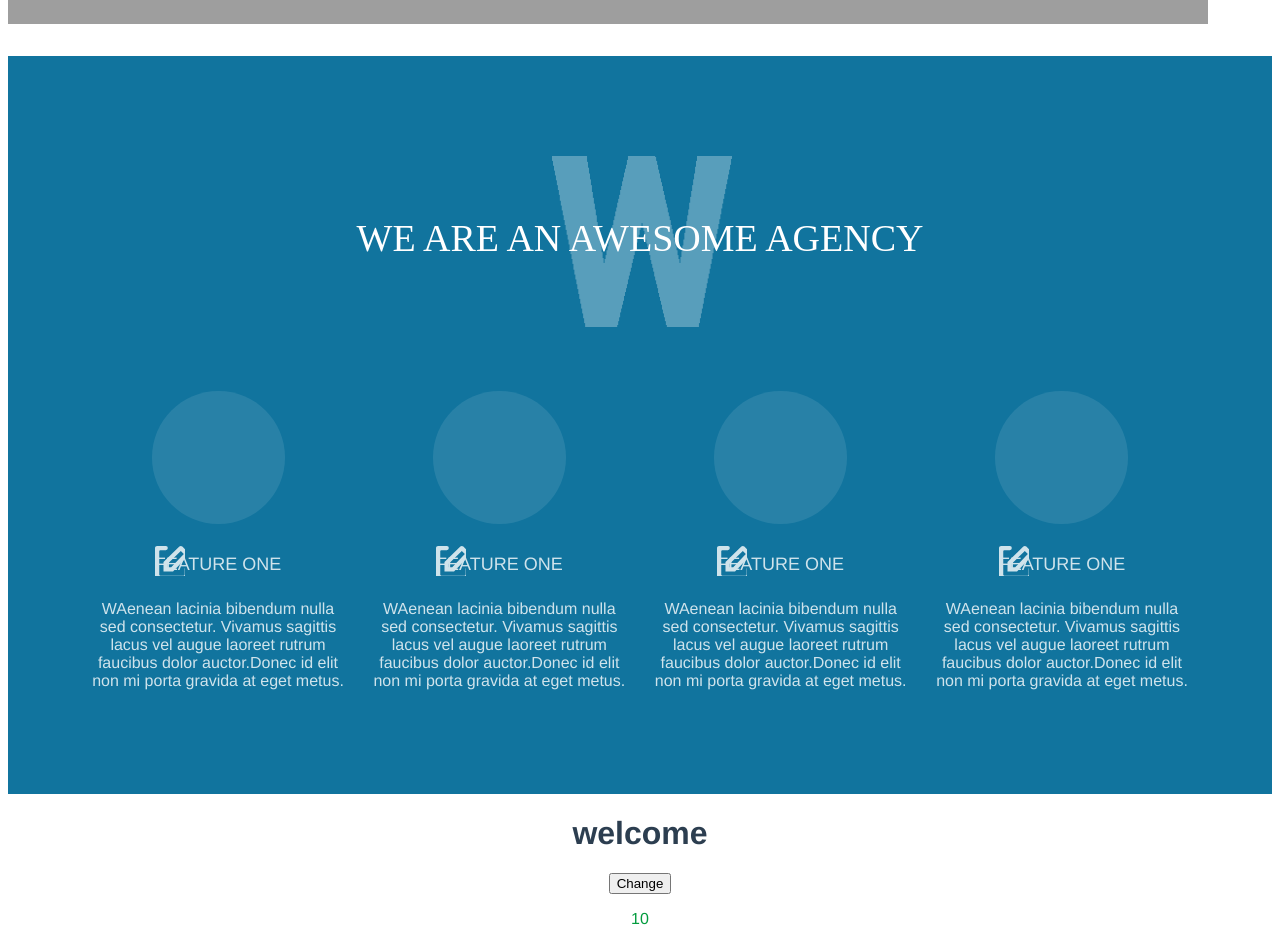
Repository: joker506/Creatives
Page: /
An editor plug-in stored every save of this project. The page is shown before and after the next save, followed by the edit.
The browser window is 1280 px wide. The pictures show the part of the page from y = 884 to 1836 px (the page is 1836 px tall).
Pictures or frames that could not be fetched are drawn as grey boxes. The project was rebuilt for these pictures with package versions that can differ from the ones it lists, and the page was loaded fresh each time.

Above is the page before, as saved 2020-04-01 19:31:43.

After the next save:
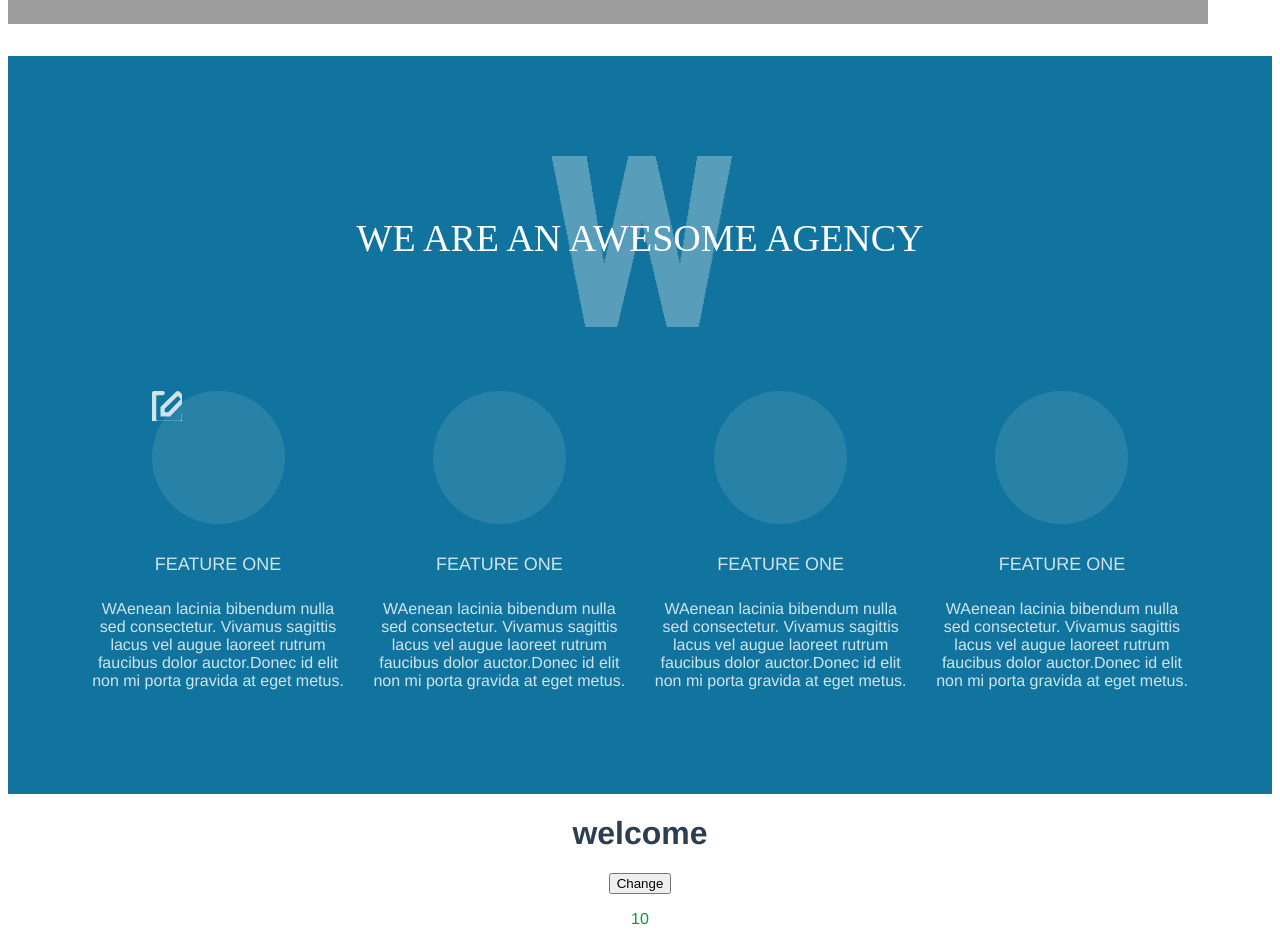
Saved 87 s later.
--- a/src/components/AdvantagesApp.vue
+++ b/src/components/AdvantagesApp.vue
@@ -7,7 +7,7 @@
     </div>
     <div class="advantages-block">
 <div class="block__first">
-    <img src="~@/assets/Ellipse1.png" alt="ellipse">
+   <Div><img src="~@/assets/Ellipse1.png" alt="ellipse"></Div>
     <h3 class="block__title">Feature One</h3>
     <p class="block__text">WAenean lacinia bibendum nulla sed consectetur. Vivamus sagittis lacus vel augue laoreet rutrum faucibus dolor auctor.Donec id elit non mi porta gravida at eget metus.
 </p>
@@ -94,8 +94,15 @@ position: relative;
 
 
 }
-.block__first>img{
+.block__first>div{
     opacity: 1;
+      &::before{
+        content: '';
+        position: absolute;
+        width: 30px;
+        height: 30px;
+        background-image: url("~@/assets/Write.svg");
+    }
 
 }
 .block__title{
@@ -103,13 +110,7 @@ position: relative;
 font-weight: 500;
 line-height: 36px;
 text-transform: uppercase;
-      &::before{
-        content: '';
-        position: absolute;
-        width: 30px;
-        height: 30px;
-        background-image: url("~@/assets/Write.svg");
-    }
+
 }
 
 </style>
